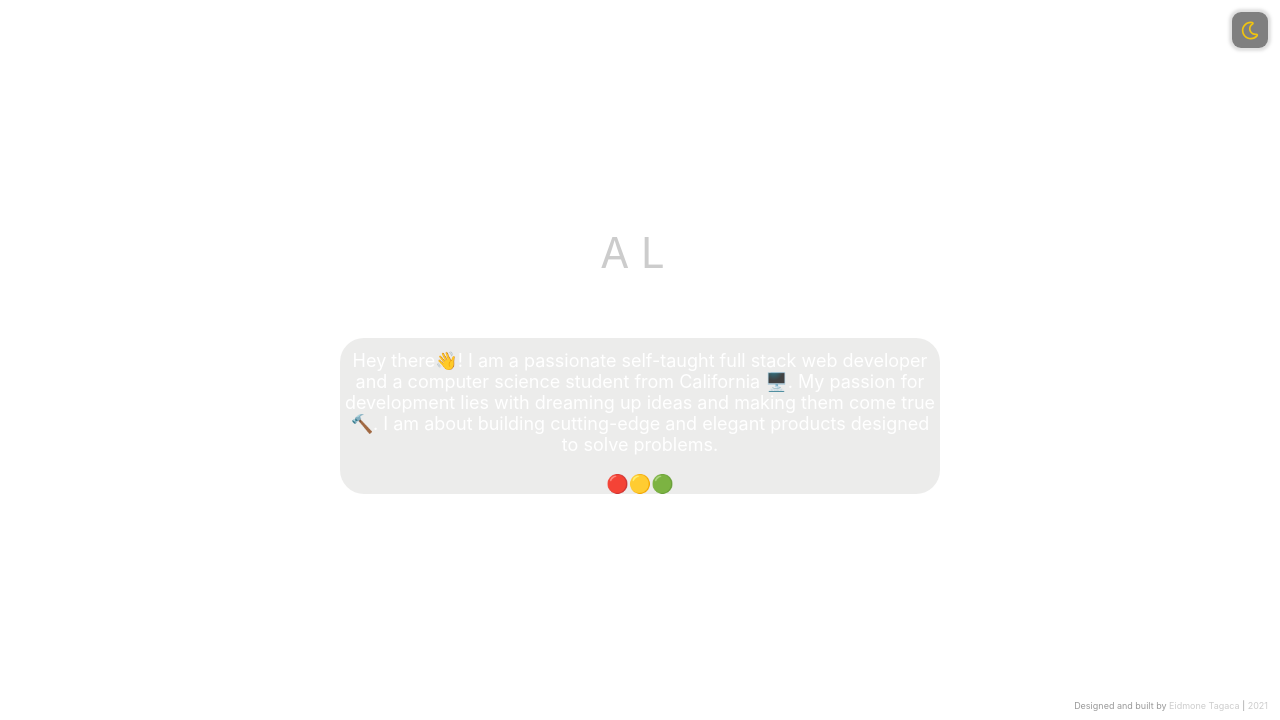
Repository: Tagaca19e/ET
Page: /
These files come from the project's save history. The page is drawn as it stood at one moment and after the next save; the edit follows.
The browser window is 1280 px wide. The pictures show the whole page.
The project was rebuilt for these pictures with package versions that can differ from the ones it lists, and the page was loaded fresh each time. Also part of the build but not shown: src/icons/Sun.jsx, src/icons/Resume.jsx.

Above is the page before, as saved 2021-07-22 23:44:29.

After the next save:
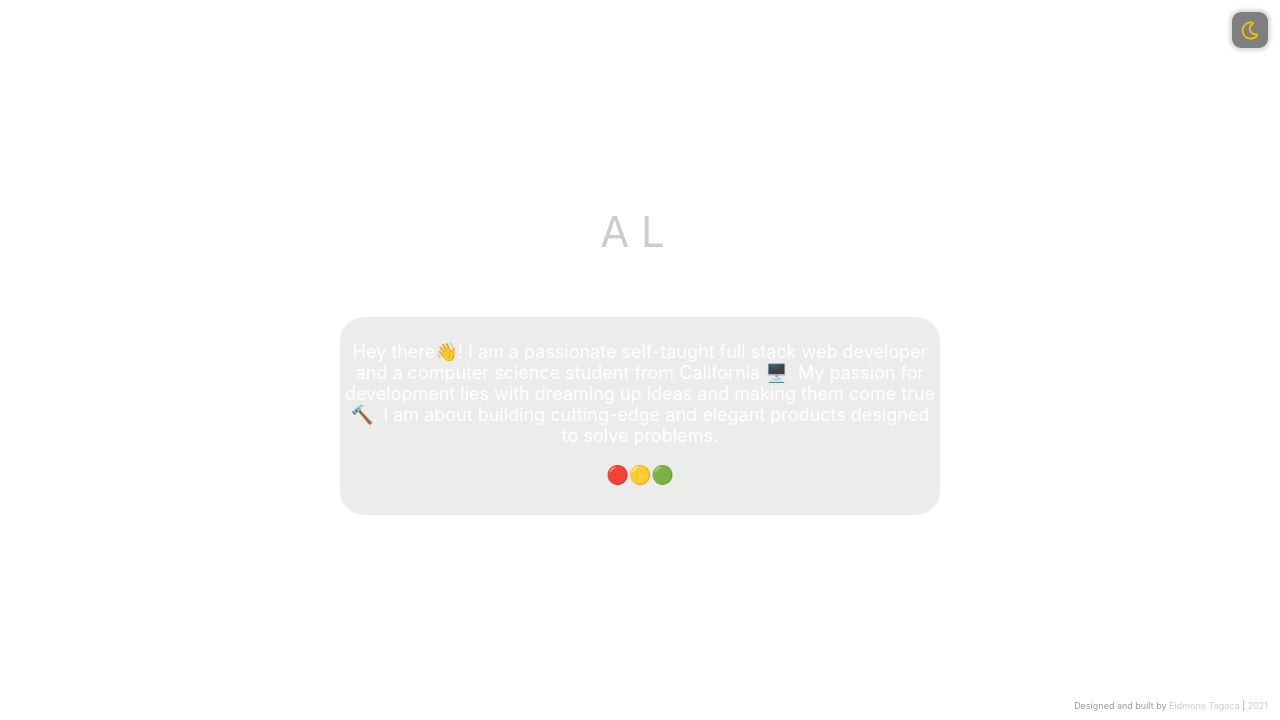
Saved 8 s later.
--- a/src/components/Content.jsx
+++ b/src/components/Content.jsx
@@ -41,7 +41,7 @@ const C = {
     border-radius: 2rem;
     font-style: bold;
     padding-top: 2rem;
-    padding-top: 1rem;
+    padding-bottom: 1rem;
 
     @media only screen and (max-device-width: 820px) and (-webkit-min-device-pixel-ratio: 2) {
       font-size: 1.5rem;
